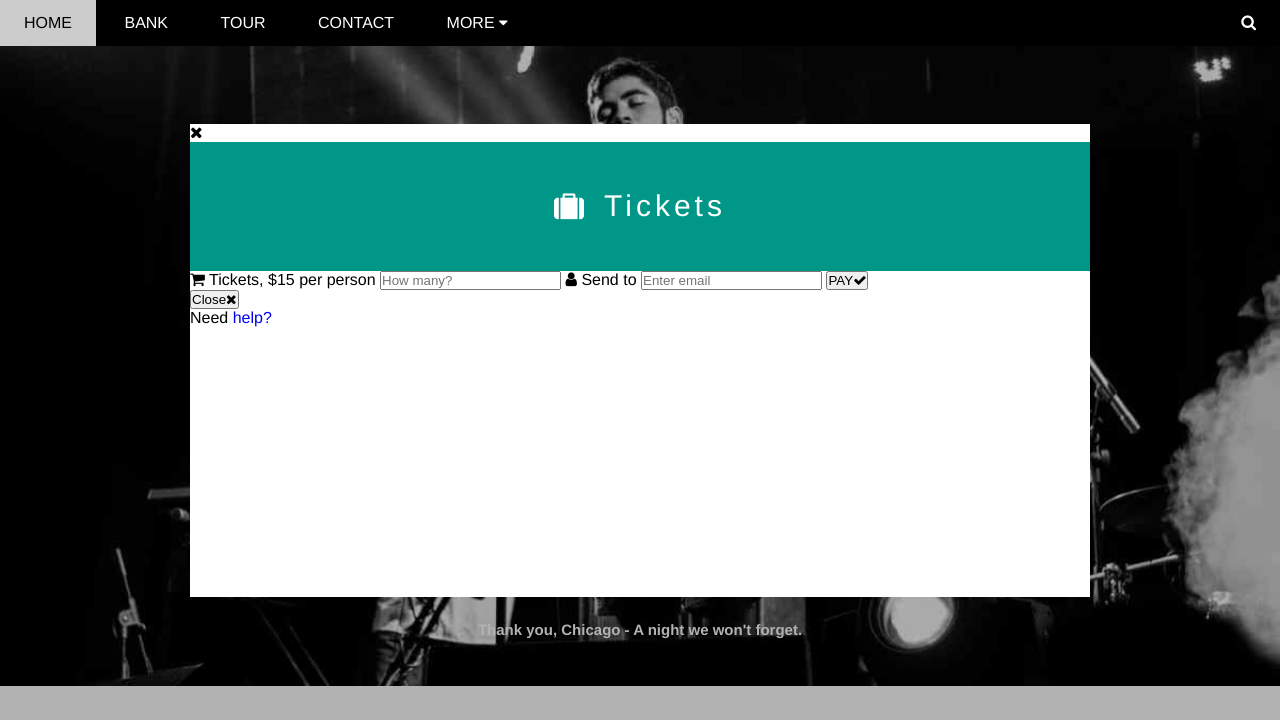
Repository: vuongtm1999/TheBand_W3School
Page: index.html
An editor plug-in stored every save of this project. The page is shown before and after the next save, followed by the edit.
The browser window is 1280 px wide. The pictures show the window.
A layer covers the whole window, so only the first screen is drawn.

Above is the page before, as saved 2022-08-27 13:59:31.

### index.html
<!DOCTYPE html>
<html lang="en">
<head>
    <meta charset="UTF-8">
    <meta http-equiv="X-UA-Compatible" content="IE=edge">
    <meta name="viewport" content="width=device-width, initial-scale=1.0">
    <title>Document</title>
    <link rel="stylesheet" href="./assets/css/style.css">
    <link rel="stylesheet" href="https://cdnjs.cloudflare.com/ajax/libs/font-awesome/4.7.0/css/font-awesome.min.css">

</head>
<body>
        <div id="header">
            <!-- begin: nav -->
            <ul id="nav">
                <li><a href="#">Home</a></li>
                <li><a href="#">Bank</a></li>
                <li><a href="#">Tour</a></li>
                <li><a href="#">Contact</a></li>
                <li>
                    <a href="#">More <i style="font-size: 15px;" class="fa fa-caret-down"></i></a>
                    <ul class="subnav">
                        <li><a href="#">Merchandise</a></li>
                        <li><a href="#">Extras</a></li>
                        <li><a href="#">Media</a></li>
                    </ul>
                </li>
            </ul>
            <!-- end: nav -->

            <!-- begin: search button -->
            <div class="search-button">
                <i class="fa fa-search"></i>
            </div>
            <!-- end: search button -->
        </div>

        <div id="slider">
            <div class="text-content">
                <div class="container">
                    <h3 class=text-heading>
                        Chicago
                    </h3>
                    <div class="text-description">
                        Thank you, Chicago - A night we won't forget.
                    </div>
                </div>
            </div>
        </div>

        <div id="content">
            <!-- about section -->
            <div class="content-section">
                <h2 class="section-heading">THE BAND</h2>
                <p class="section-sub-heading">We love music</p>
                <p class="section-about-text">We have created a fictional band website. Lorem ipsum dolor sit amet, consectetur adipiscing elit, sed do eiusmod tempor incididunt ut labore et dolore magna aliqua. Ut enim ad minim veniam, quis nostrud exercitation ullamco laboris nisi ut aliquip ex ea commodo consequat. Duis aute irure dolor in reprehenderit in voluptate velit esse cillum dolore eu fugiat nulla pariatur. Excepteur sint occaecat cupidatat non proident, sunt in culpa qui officia deserunt mollit anim id est laborum consectetur adipiscing elit, sed do eiusmod tempor incididunt ut labore et dolore magna aliqua. Ut enim ad minim veniam, quis nostrud exercitation ullamco laboris nisi ut aliquip ex ea commodo consequat.</p>

                <div class="member-list">

                    <div class="member-item">
                        <p class="member-name">Name</p>
                        <img class="member-image" src="assets/img/bandmember.jpg" alt="member">
                    </div>

                    <div class="member-item">
                        <p class="member-name">Name</p>
                        <img class="member-image" src="assets/img/bandmember.jpg" alt="member">
                    </div>

                    <div class="member-item">
                        <p class="member-name">Name</p>
                        <img class="member-image" src="assets/img/bandmember.jpg" alt="member">
                    </div>

                    <div class="clearFloat"></div>
                </div>
            </div>

            <!-- TOUR DATES section -->
            <div class="tour-section">
                <div class="content-section">
                    <h2 class="section-heading">THE BAND</h2>
                    <p class="section-sub-heading">We love music</p>

                    <ul class="ticket-list">
                        <li>September <span class="soldout">Sold out</span></li>
                        <li>October <span class="soldout">Sold out</span></li>
                        <li>November <span class="quantity">3</span></li>
                    </ul>

                    <div class="place-ticket">

                        <div class="place-item">
                            <img src="assets/img/place/newyork.jpg" alt="img-ticket" class="place-img">
                            <div class="place-body">
                                <h3 class="place-city">New York</h3>
                                <p class="place-time">Fri 27 Nov 2016</p>
                                <p class="place-description">Praesent tincidunt sed tellus ut rutrum sed vitae justo.</p>
                                <a href="#" class="place-buy-tickets">Buy tickets</a>
                            </div>
                        </div>

                        <div class="place-item">
                            <img src="assets/img/place/newyork.jpg" alt="img-ticket" class="place-img">
                            <div class="place-body">
                                <h3 class="place-city">New York</h3>
                                <p class="place-time">Fri 27 Nov 2016</p>
                                <p class="place-description">Praesent tincidunt sed tellus ut rutrum sed vitae justo.</p>
                                <a href="#" class="place-buy-tickets">Buy tickets</a>
                            </div>
                        </div>

                        <div class="place-item">
                            <img src="assets/img/place/newyork.jpg" alt="img-ticket" class="place-img">
                            <div class="place-body">
                                <h3 class="place-city">New York</h3>
                                <p class="place-time">Fri 27 Nov 2016</p>
                                <p class="place-description">Praesent tincidunt sed tellus ut rutrum sed vitae justo.</p>
                                <a href="#" class="place-buy-tickets">Buy tickets</a>
                            </div>
                        </div>

                        <div class="clearFloat"></div>
                    </div>
                </div>
            </div>



            <!-- CONTACT section -->
            <div class="content-section">
                <h2 class="section-heading">THE BAND</h2>
                <p class="section-sub-heading">We love music</p>
            </div>

        </div>

        <!-- Modal dialog -->
        <div id="modal">
            <div class="modal-container">
                <i class="fa fa-times" aria-hidden="true"></i>
                <header class="modal-header">
                    <i class="fa fa-suitcase mr-5"></i>
                     Tickets
                </header>
                <div class="modal-body">
                    <label for="quantity-tick" class="modal-label">
                        <i class="fa fa-shopping-cart" aria-hidden="true"></i>
                        Tickets, $15 per person
                    </label>
                    <input type="text" class="quantity-ticket" placeholder="How many?">

                    <label for="quantity-tick" class="modal-label">
                        <i class="fa fa-user" aria-hidden="true"></i>
                        Send to
                    </label>
                    <input type="text" id="quantity-ticket" placeholder="Enter email">

                    <button id="btn-pay">PAY<i class="fa fa-check" aria-hidden="true"></i></button>
                </div>

                <div class="modal-footer">
                    <button>Close<i class="fa fa-times" aria-hidden="true"></i></button>

                    <div>Need <a href="#" id="btn-help">help?</a></div>
                </div>
            </div>
        </div>

        <div id="footer">

        </div>
    </div>
</body>
</html>

### assets/css/style.css
/* reset CSS */
* {
    margin: 0;
    padding: 0;
    box-sizing: border-box;
}

html {
    font-family: Helvetica, Arial, sans-serif;
}

#nav, .subnav, li{
    list-style-type: none;
}

#nav{
    display: inline-block;
}

/*
Nguyen tac lam viec
1. Vi tri
2. Kich thuoc
3. Mau sac
4. Kieu dang (kieu chu, hinh tron hay hinh vuong,...)
*/

/*
Tu ngoai vao trong
Tu tren xuong duoi
TU tong quan den chi tiet
 */

#main {}

#header {
    position: fixed;
    z-index: 1;
    height: 46px;
    background-color: #000;
    color: #fff;
    top: 0;
    left: 0;
    right: 0;
}

#nav li {
    text-decoration: none;
    line-height: 46px;
}

a{
    text-decoration: none;
}

#nav > li > a {
    /* display: inline-block; */
    padding: 0px 24px;
    color: #ffffff;
    text-transform: uppercase;
}

#nav > li {
    display: inline-block;
}

#nav li:last-child {
    position: relative;
}

#nav .subnav {
    background-color: #fff;
    position: absolute;
    display: none;
    top: 100%;
    left: 0;
    box-shadow:  0px 0px 10px rgba(0, 0, 0, 0.3);
    min-width: 160px;
}

#nav .subnav a{
    color: #000;
    padding: 0px 12px;
    line-height: 30px;
    display: inline-block;
    width: 100%;
}

#nav .subnav li:hover,
#nav > li:hover > a {
    color: #000;
    background-color: #ccc;
    display: block;
}

#nav > li:last-child:hover .subnav{
    display: block;
}

/* search btn */
#header .search-button{
    float: right;
    line-height: 46px;
    padding: 0 24px;
}

#header .search-button:hover{
    background-color: #f44336;
    cursor: pointer;
}

#slider {
    /* background-color: rgb(27, 22, 22); */
    margin-top: 46px;
/* padding-top bang 50% chieu rong cua thanh phan do */
    padding-top: 50%;
    position: relative;
    background: url("/assets/img/chicago.jpg") top center / cover no-repeat;
}

#slider .text-content{
    position: absolute;
    color: white;
    bottom: 48px;

    /* cach 1 */
    /* left: 50%;
    transform: translateX(-50%); */
    /* cach 2 */
    /* left: 0;
    right: 0; */
    /* cach 3 */
    width: 100%;
    text-align: center;
}

.text-heading{
    font-size: 24px;
    font-weight: 400;
}

.text-description{
    margin-top: 25px;
    font-weight: bolder;
    font-size: 15px;
}

#content .content-section{
    width: 800px;
    padding: 64px 0;
    margin-left: auto;
    margin-right: auto;
}

.content-section .section-heading,
.content-section .section-about-text{
    margin: 15px 0px;
}

.content-section .section-heading,
.content-section .section-sub-heading{
    text-align: center;
}

.content-section .section-sub-heading{
    font-size: 15px;
    opacity: 0.7;
    font-style: italic;
}

.content-section .section-heading{
    font-size: 30px;
    font-weight: 500;
    letter-spacing: 4px;
}

.content-section .section-about-text{
    /* line-height khong co px */
    line-height: 1.5;
    font-size: 15px;
    text-align: justify;
}

.content-section .member-item{
    float: left;
    width: calc(100%/3);

    /* width: 33.333%; */
}

.content-section .member-list{
    margin: 32px 0;
    text-align: center;

    /* Khac phuc khi dung float :left */
    /* overflow: hidden; */
}

.content-section .member-name{
    /* text-align: center; */
}

.content-section .member-name{
    margin: 15px 0;
}

.content-section .member-image{
    width: 154px;
    border-radius: 4px;
}

.content-section .clearFloat{
    /* Khac phuc khi dung float :left */
    clear: both;
}

/* Tour section */
.tour-section{
    background-color: #000;
}

/*  begin: tour section */
.section-heading,
.section-sub-heading{
    color: white;
}

.ticket-list{
    background-color: white;
}

.ticket-list > li{
    font-size: 15px;
    padding: 12px;
    border-bottom: 1px solid #ddd;
    color: #757575;
}

.soldout{
    background-color: #f44336;
    padding: 6px;
    margin-left: 16px;
    color: #fff;
}

.quantity{
    float: right;
    margin-right: 16px;
    background-color: #000;
    width: 24px;
    height: 24px;
    border-radius: 50%;
    color: white;
    text-align: center;
    line-height: 24px;
    margin-top: -3px;
}

/* place-ticket */
.place-ticket{
    /* margin-top: 32px; */
    padding-top: 32px;
    margin-left: -8px;
    margin-right: -8px;
}

.place-item{
    float: left;
    width: 33.3333%;
    padding: 0 8px;
}

.place-img{
    width: 100%;
    display: block;
}

.place-img:hover{
    opacity: 0.7;
}

.place-body{
    background-color: white;
    color: rgb(1, 1, 1);
    padding: 16px;
}

.place-city{
    font-weight: 550;
}

.place-time{
    opacity: 0.8;
    margin: 15px 0;
}

.place-description{
    margin: 15px 0;
    line-height: 1.5;
}

.place-buy-tickets{
    background-color: #000;
    padding: 8px 16px;
    color: white;
    display: inline-block;
}

.place-buy-tickets:hover{
    background-color: #ccc;
    color: #000;
}

/* modal dialog */
#modal{
    position: fixed;
    background-color: rgba(0, 0, 0, 0.3);
    top: 0;
    left: 0;
    right: 0;
    bottom: 0;

    display: flex;
    align-items: center;
    justify-content: center;
}

.modal-container{
    background-color: #fff;
    width: 900px;
    min-height: 473px;
    position: relative;
}

.modal-header {
    height: 129px;
    background-color: #009688;
    display: flex;
    align-items: center;
    justify-content: center;
    letter-spacing: 4px;
    font-weight: 400;
    font-size: 30px;
    color: #fff;
}

.mr-5{
    margin-right: 16px;
}
.position-icon{
    position: absolute;
}



#container {
    /* height: 500px;
    background-color: #ccc; */
}

#content {}

#footer {}

After the next save:
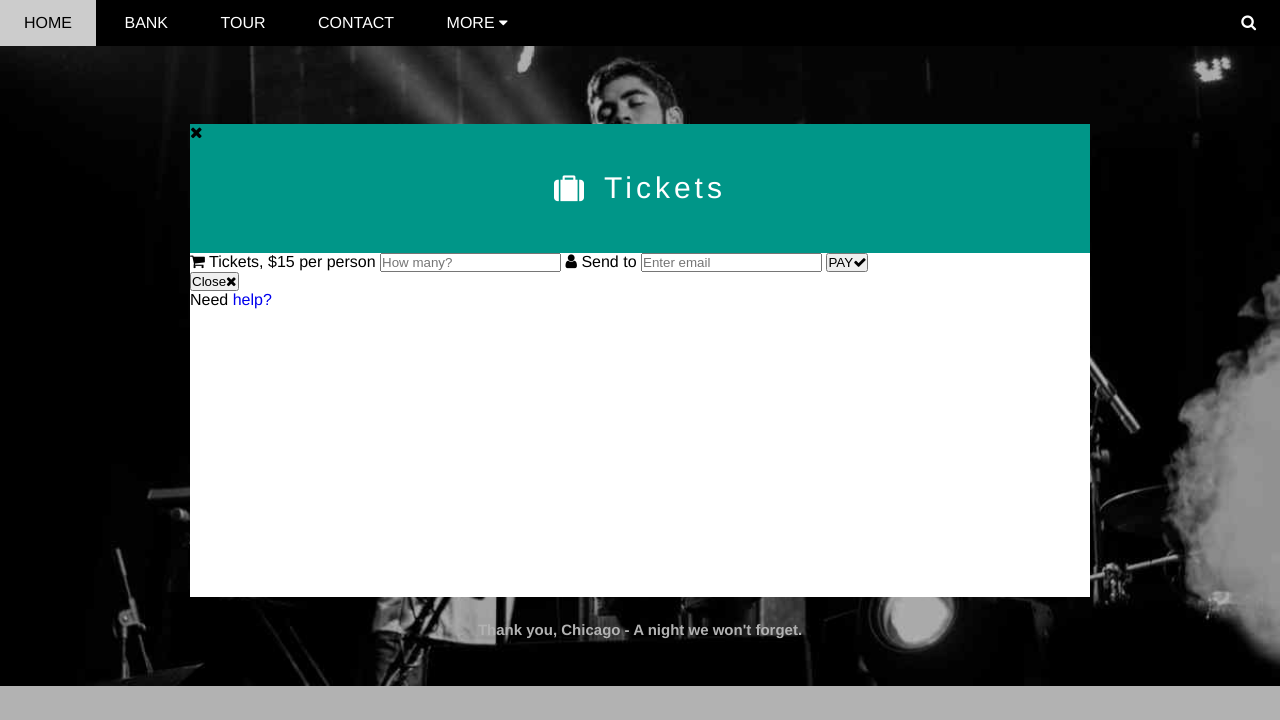
Saved 17 s later.
--- a/index.html
+++ b/index.html
@@ -138,7 +138,7 @@
         <!-- Modal dialog -->
         <div id="modal">
             <div class="modal-container">
-                <i class="fa fa-times" aria-hidden="true"></i>
+                <i class="fa fa-times position-icon" aria-hidden="true"></i>
                 <header class="modal-header">
                     <i class="fa fa-suitcase mr-5"></i>
                      Tickets
